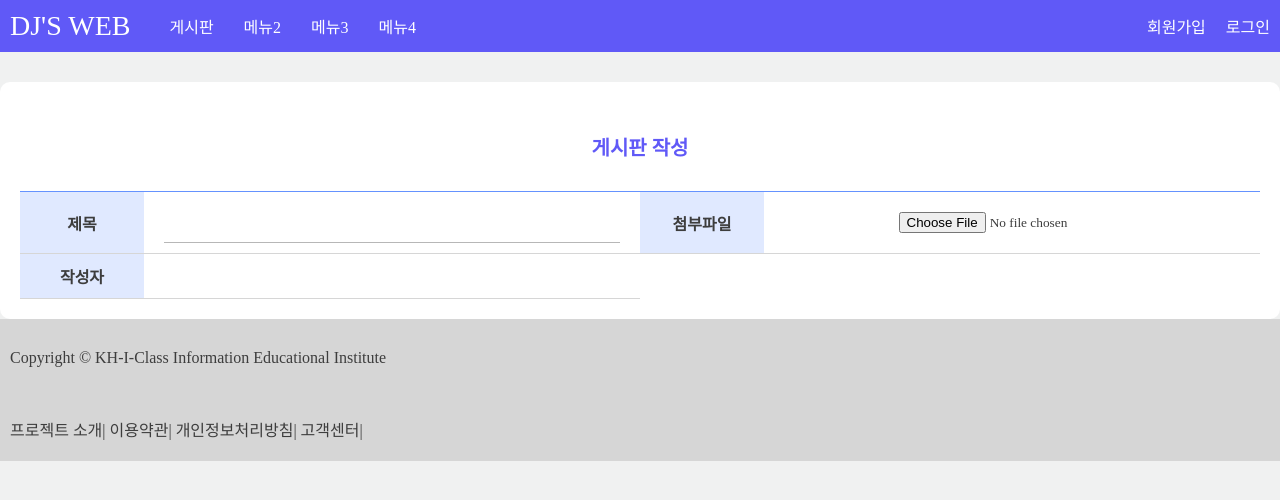
Repository: Godzilla-Man/codingStudy
Page: http://localhost/server_06_notice/notice/writeFrm
The author's editor kept a copy of each file at every save. The page is drawn from the files as they stood at one save, then again after the next save.
The browser window is 1280 px wide. The pictures show the whole page.
Some web fonts or font styles are not loaded; a fallback is used. The page is served by Tomcat 9.

Above is the page before, as saved 2025-05-09 02:28:22.

After the next save:
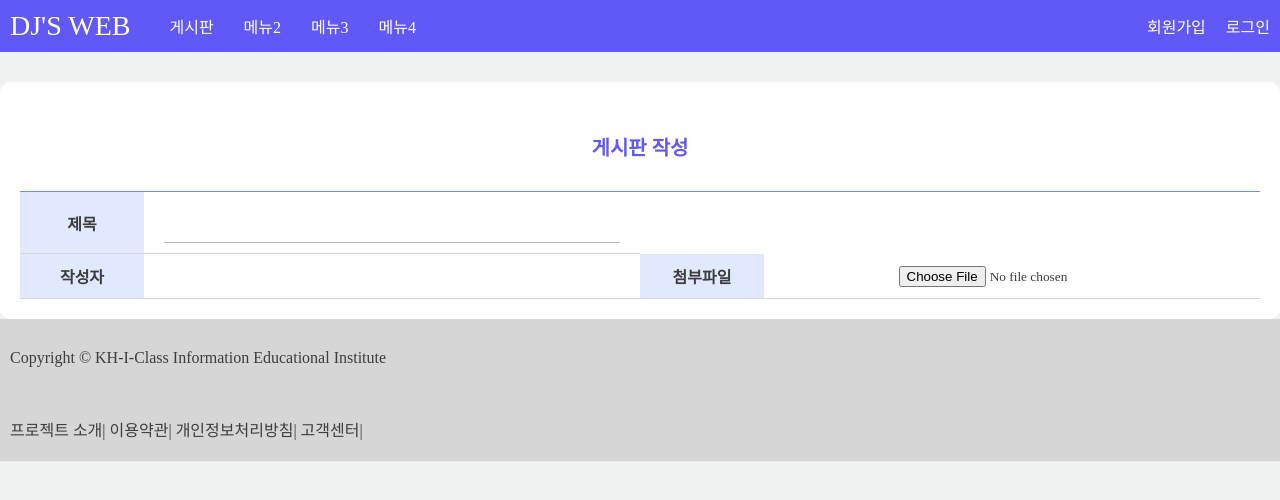
Saved 24 s later.
--- a/server_06_notice/src/main/webapp/WEB-INF/views/notice/writeFrm.jsp
+++ b/server_06_notice/src/main/webapp/WEB-INF/views/notice/writeFrm.jsp
@@ -24,15 +24,15 @@
 					  				<input type="text" name="noticeTitle">
 					  			</div>
 					  		</td>
-					  		<th style="width:10%;">첨부파일</th>
-					  		<td style="width:40%;">
-					  			<input type="file" name="uploadFile">
-					  		</td>
 					  	</tr>
 					  	<tr>
 					  		<th style="width:10%;">작성자</th>
 					  		<td style="width:40%;">
 					  			<span>${loginMember.memberId}</span>
+					  		</td>
+					  		<th style="width:10%;">첨부파일</th>
+					  		<td style="width:40%;">
+					  			<input type="file" name="uploadFile">
 					  		</td>
 					  	</tr>
 					  </table>
